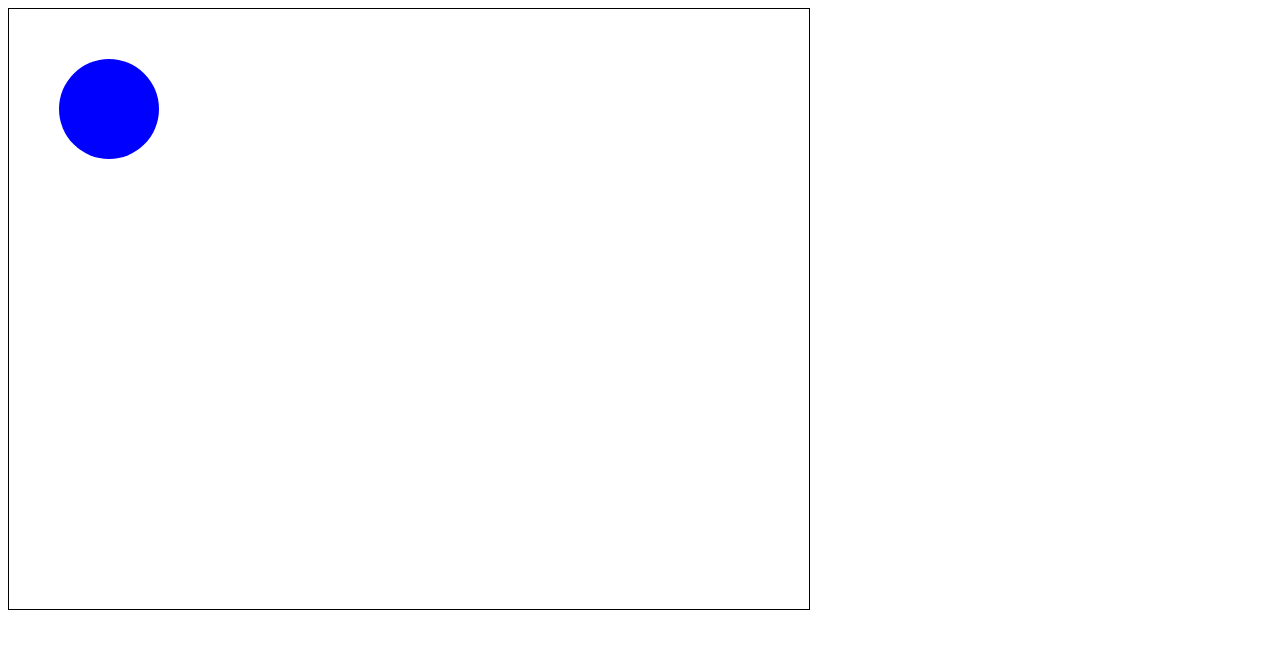
Repository: BlueLionycb/study-demo
Page: canvas-demo/src/index22.html
An editor plug-in stored every save of this project. The page is shown before and after a run of saves, followed by the edit.
The browser window is 1280 px wide. The pictures show the whole page.

Above is the page before, as saved 2020-01-27 21:32:16.

After the next 2 saves:
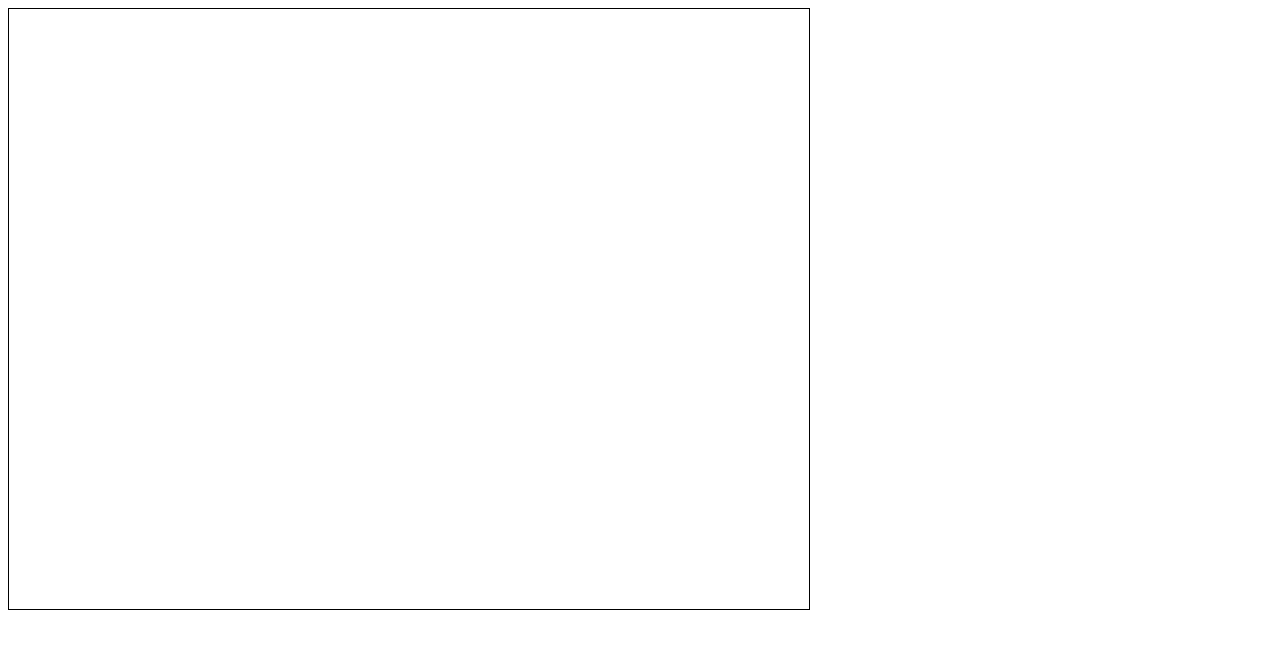
Console error: SyntaxError: Unexpected token '}'
The 2 saves are shown as one change because they came seconds apart.
The last was saved 27 s later.
--- a/canvas-demo/src/index22.html
+++ b/canvas-demo/src/index22.html
@@ -44,7 +44,7 @@
                     ctx.fill()
                 }
                 this.move=function(){
-
+                    this.x+
                 }
 
 

After the save that followed:
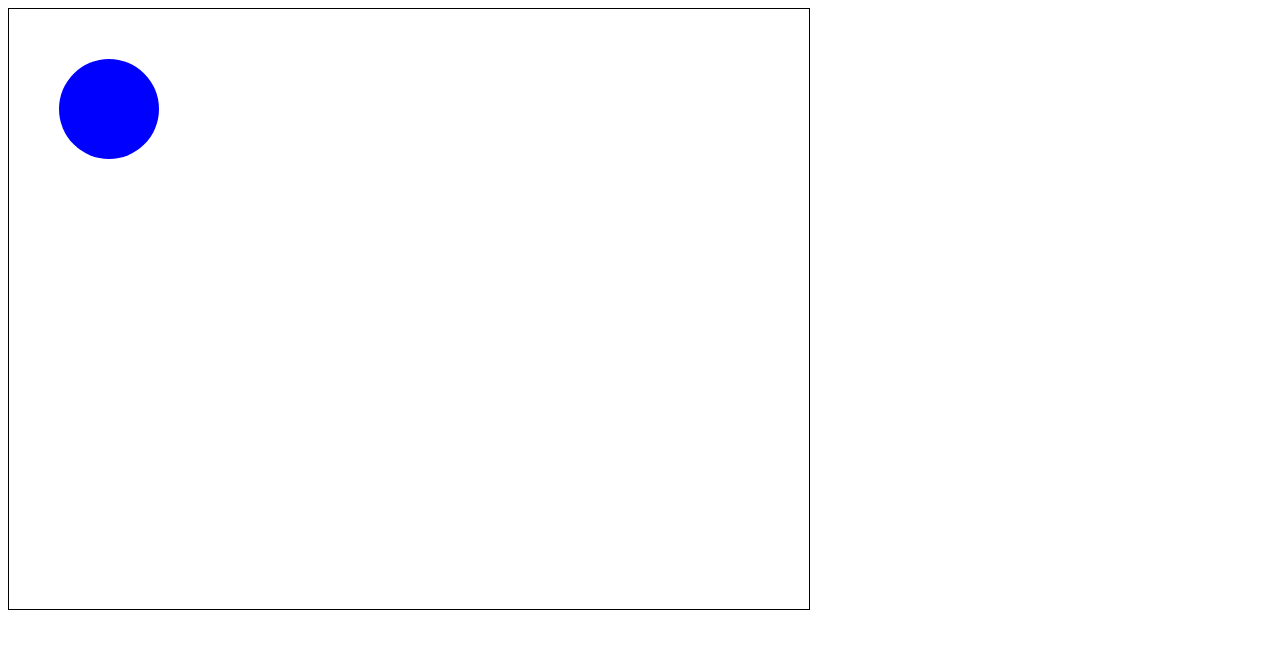
The error is gone.
Saved 4 s later.
--- a/canvas-demo/src/index22.html
+++ b/canvas-demo/src/index22.html
@@ -44,7 +44,7 @@
                     ctx.fill()
                 }
                 this.move=function(){
-                    this.x+
+                    this.x+=this.speedX
                 }
 
 
